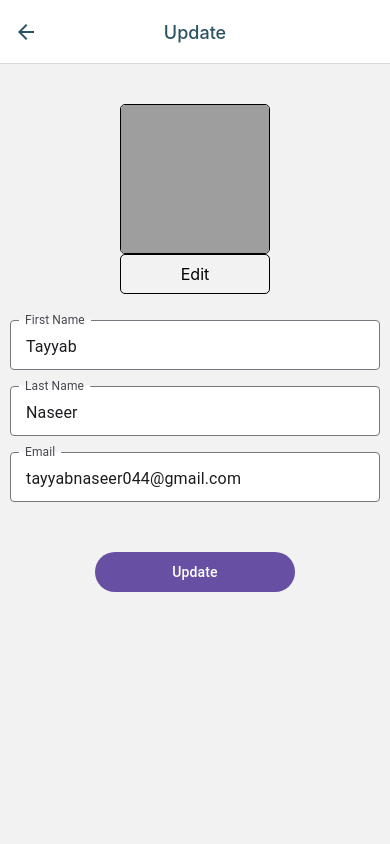
Repository: SaudCh/Expo-Pethub
Screen: /UpdateProfile
These files come from the project's save history. The screen is drawn as it stood at one moment and after the next save; the edit follows.
Pictures or frames that could not be fetched are drawn as grey boxes. The app was drawn by React Native's web renderer in a window 390 px wide. The project was rebuilt for these pictures with package versions that can differ from the ones it lists, and the page was loaded fresh each time. Also part of the build but not shown: Screens/Signup.js, Screens/Home.js, Screens/Profile.js, Components/Avatar.js.

Above is the screen before, as saved 2022-11-15 00:41:45.

After the next save:
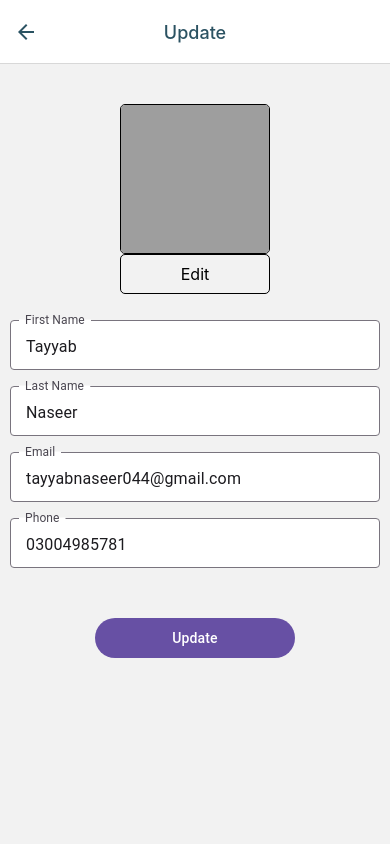
Saved 12 s later.
--- a/Screens/UpdateProfile.js
+++ b/Screens/UpdateProfile.js
@@ -54,6 +54,15 @@ export default function Profile() {
                     style={{ backgroundColor: 'white', marginTop: 10 }}
                 />
 
+                <TextInput
+                    label="Phone"
+                    value={data.phone}
+                    onChangeText={text => setData({ ...data, phone: text })}
+                    mode="outlined"
+                    style={{ backgroundColor: 'white', marginTop: 10 }}
+                />
+
+
 
             </View>
 
